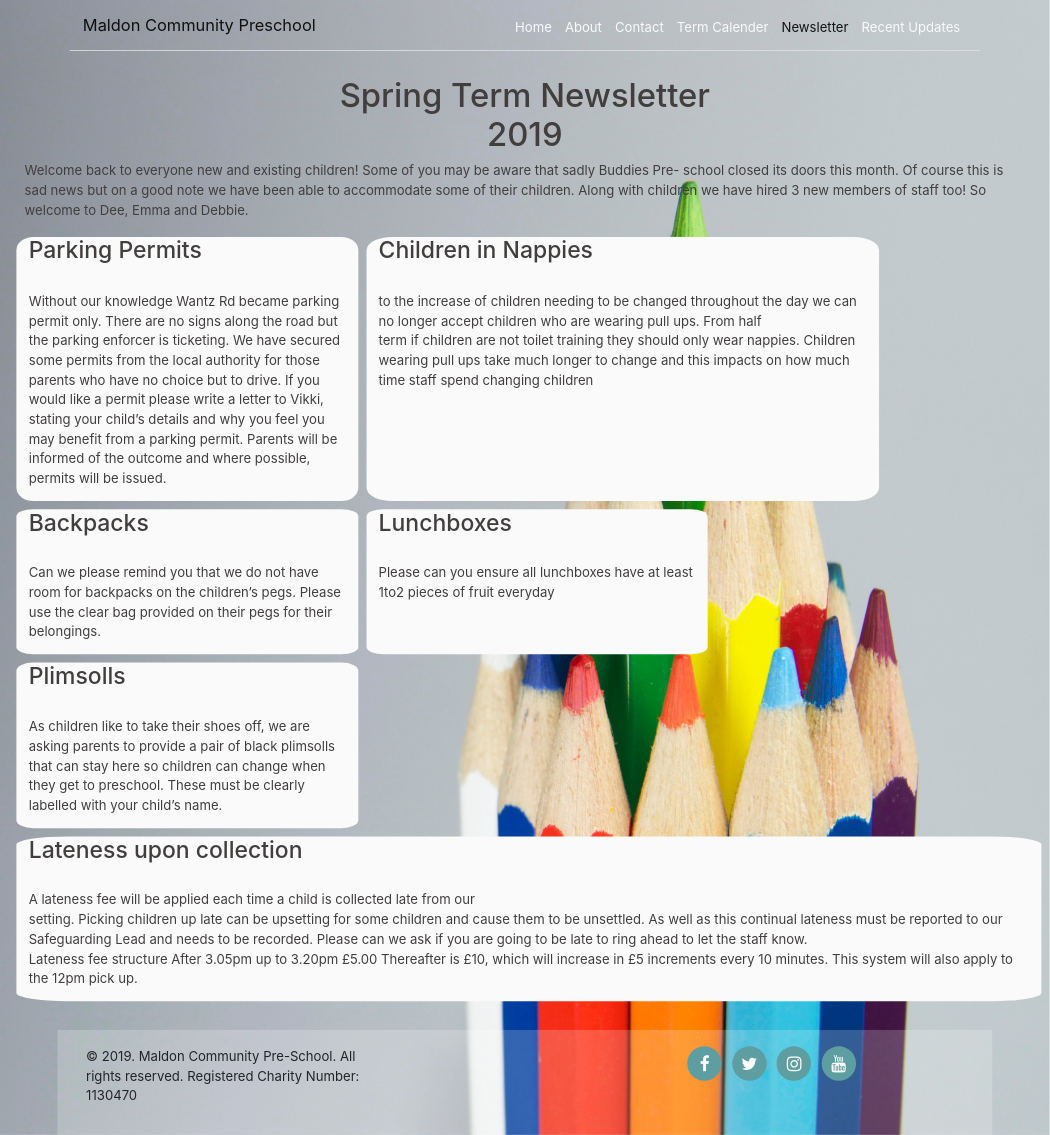
Repository: parkslee/milestone_1
Page: newsletter.html
The author's editor kept a record of every edit. The page is drawn from the files as they stood at one moment, then again after the next edit.
The browser window is 1280 px wide. The pictures show the whole page, at 82% of full size.
Some web libraries are served in a nearby version.

Above is the page before.

After the next edit:
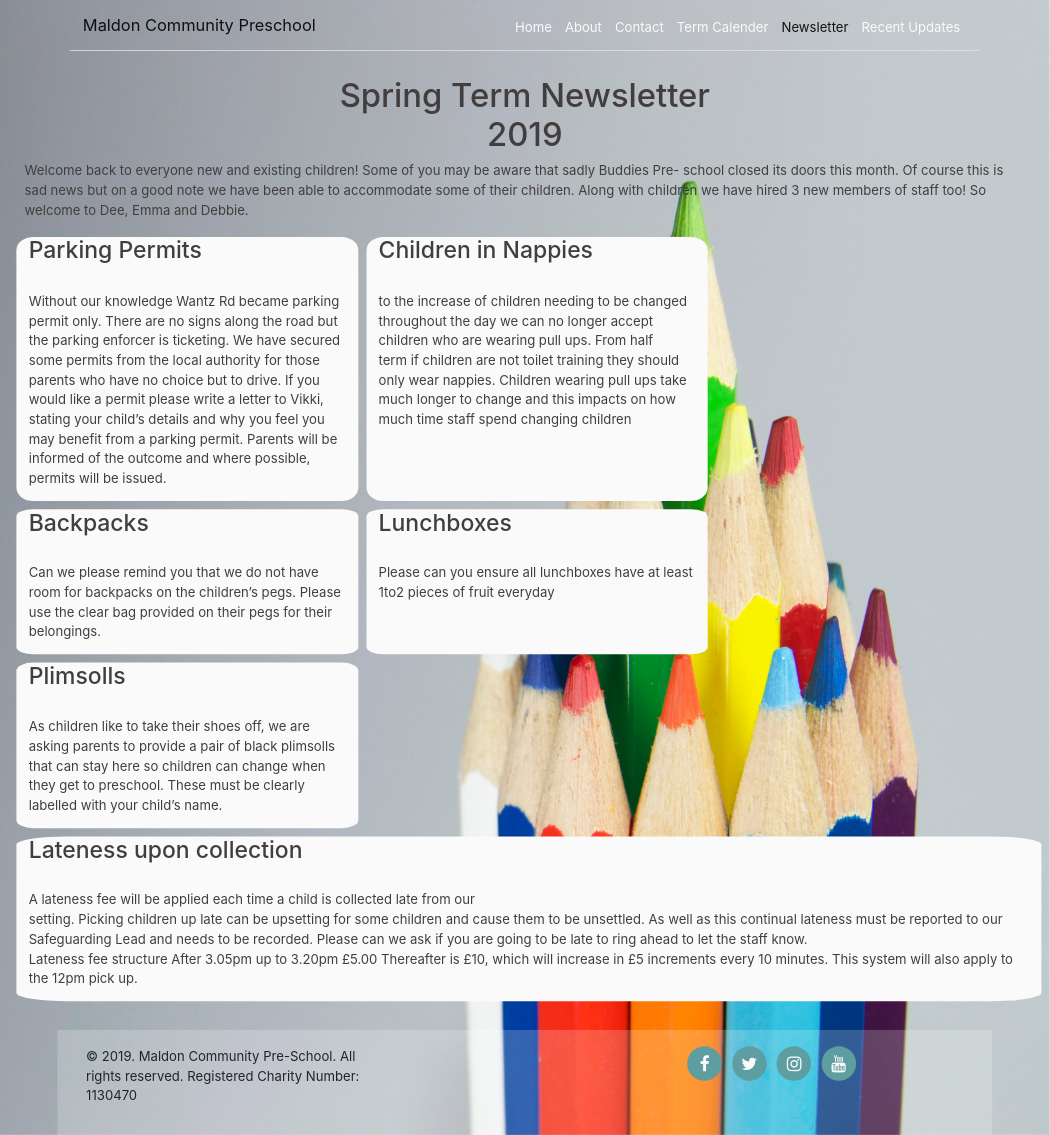
The edit:
--- a/newsletter.html
+++ b/newsletter.html
@@ -103,7 +103,7 @@
 
             </div>
 
-            <div class="col-sm-12 col-md-6 newsletter-blocks">
+            <div class="col-sm-12 col-md-4 newsletter-blocks">
                 <h3>Children in Nappies</h3>
 <br>
                 <p> to the increase of
